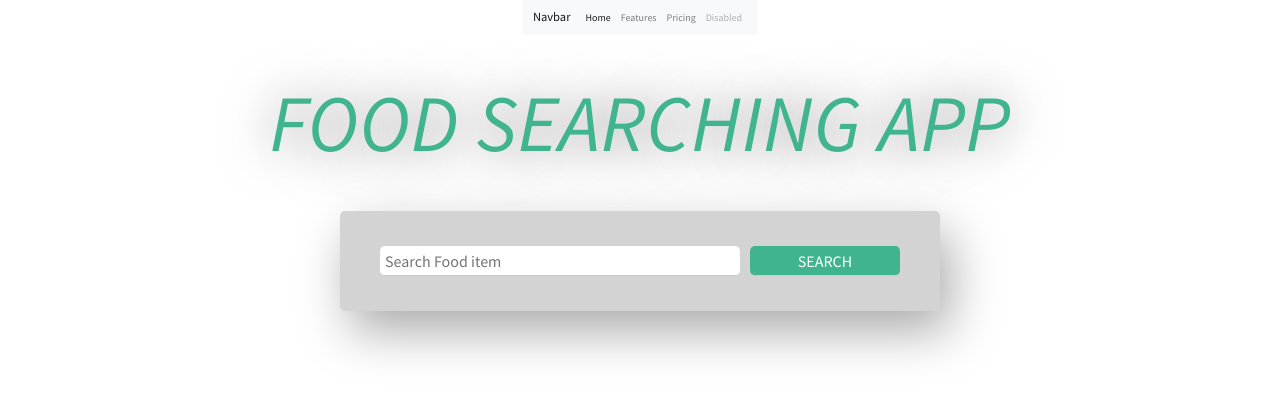
Repository: priyavmehta/React-Food-Recipe-App
Page: /search
The author's editor kept a copy of each file at every save. The page is drawn from the files as they stood at one save, then again after the next save.
The browser window is 1280 px wide. The pictures show the whole page.
The project was rebuilt for these pictures with package versions that can differ from the ones it lists, and the page was loaded fresh each time. Also part of the build but not shown: src/Components/RecipeDetails.js, src/Components/Recipe.js, src/Components/Alert.js.

Above is the page before, as saved 2020-07-11 21:52:52.

### public/index.html
<!DOCTYPE html>
<html lang="en">
  <head>
    <meta charset="utf-8" />
    <link rel="icon" href="%PUBLIC_URL%/favicon.ico" />
    <meta name="viewport" content="width=device-width, initial-scale=1" />
    <meta name="theme-color" content="#000000" />
    <meta
      name="description"
      content="Web site created using create-react-app"
    />
    <link rel="apple-touch-icon" href="%PUBLIC_URL%/logo192.png" />
    <link rel="manifest" href="%PUBLIC_URL%/manifest.json" />

    <link rel="stylesheet" href="https://stackpath.bootstrapcdn.com/bootstrap/4.4.1/css/bootstrap.min.css"
        integrity="sha384-Vkoo8x4CGsO3+Hhxv8T/Q5PaXtkKtu6ug5TOeNV6gBiFeWPGFN9MuhOf23Q9Ifjh" crossorigin="anonymous">
    <script src="https://code.jquery.com/jquery-3.4.1.slim.min.js"
        integrity="sha384-J6qa4849blE2+poT4WnyKhv5vZF5SrPo0iEjwBvKU7imGFAV0wwj1yYfoRSJoZ+n"
        crossorigin="anonymous"></script>
    <script src="https://cdn.jsdelivr.net/npm/popper.js@1.16.0/dist/umd/popper.min.js"
        integrity="sha384-Q6E9RHvbIyZFJoft+2mJbHaEWldlvI9IOYy5n3zV9zzTtmI3UksdQRVvoxMfooAo"
        crossorigin="anonymous"></script>
    <script src="https://stackpath.bootstrapcdn.com/bootstrap/4.4.1/js/bootstrap.min.js"
        integrity="sha384-wfSDF2E50Y2D1uUdj0O3uMBJnjuUD4Ih7YwaYd1iqfktj0Uod8GCExl3Og8ifwB6"
        crossorigin="anonymous"></script>

    <title>Food App</title>
  </head>
  <body>
    <noscript>You need to enable JavaScript to run this app.</noscript>
    <div id="root"></div>
    <!--
      This HTML file is a template.
      If you open it directly in the browser, you will see an empty page.

      You can add webfonts, meta tags, or analytics to this file.
      The build step will place the bundled scripts into the <body> tag.

      To begin the development, run `npm start` or `yarn start`.
      To create a production bundle, use `npm run build` or `yarn build`.
    -->
  </body>
</html>

### src/App.js
import React, { useState } from 'react';
import './App.css';
import RecipeState from './context/recipe/RecipeState';
import Search from './Components/Search';
import { BrowserRouter as Router, Switch, Route } from 'react-router-dom'
import Navbar from './Components/Navbar';

const App = () => {

  return (
    <RecipeState>
      <Router>
        <div className="App">
          <Navbar />
          <Search/>
        </div>
      </Router>
    </RecipeState>
  );
}

export default App;

### src/App.css
@import url("https://fonts.googleapis.com/css?family=Source+Sans+Pro:300,300i,400,400i,600,600i,700&display=swap");

* {
  font-family: "Source Sans Pro", sans-serif;
  margin: 0;
  padding: 0;
  text-decoration: none;
  list-style-type: none;
  outline: none;
}

html {
  font-size: 62.5%;
}

.App {
  display: flex;
  flex-direction: column;
  align-items: center;
}

h1 {
  font-size: 8rem;
  letter-spacing: 0.1rem;
  font-style: italic;
  color: #40b48e;
  text-shadow: 0 0.2rem 5rem rgb(119, 115, 115);
  text-transform: uppercase;
  margin: 4rem 0;
}

.search-form {
  width: 60rem;
  height: 10rem;
  display: flex;
  justify-content: center;
  align-items: center;
  background-color: #d3d3d3;
  border-radius: 0.5rem;
  margin-bottom: 5rem;
  box-shadow: 1rem 2rem 5rem #aaa;
  position: relative;
}

.alert {
  /*position: absolute;*/
  top: -3rem;
  left: 0;
  background-color: rgb(233, 72, 72);
  width: calc(100% - 0.4rem);
  border-radius: 0.5rem;
  padding: 0.2rem;
}

.alert h3 {
  font-size: 1.8rem;
  color: #fff;
  font-weight: 400;
  text-transform: uppercase;
  text-align: center;
}

.search-form input {
  font-size: 1.6rem;
  border: none;
  border-bottom: 0.1rem solid #ccc;
  margin: 0 0.5rem;
  border-radius: 0.5rem;
  height: 3rem;
}

.search-form input[type="text"] {
  padding: 0 0.5rem;
  width: 60%;
  color: #555;
}

.search-form input[type="submit"] {
  width: 25%;
  text-transform: uppercase;
  background-color: #40b48e;
  color: #fff;
}

.recipes {
  width: 90%;
  display: flex;
  align-items: center;
  flex-wrap: wrap;
  justify-content: center;
  align-items: flex-start;
}

.recipe {
  width: 30rem;
  margin: 3rem;
  display: flex;
  flex-direction: column;
  background-color: #d3d3d3;
  padding: 2rem;
  position: relative;
  border-radius: 0.5rem;
  box-shadow: 2rem 3rem 5rem #aaa;
}

.recipe h2 {
  background-color: rgba(161, 161, 161, 0.7);
  border-radius: 0.5rem;
  padding: 0.3rem 0.5rem;
  position: absolute;
  top: 2.5rem;
  left: 2.5rem;
  right: 2.5rem;
  font-size: 2.5rem;
  font-weight: 400;
  text-shadow: 0 0.5rem 0.5rem #555;
  color: #fff;
}

.recipe img {
  border-radius: 0.5rem;
  object-fit: cover;
}

.recipe a {
  font-size: 1.8rem;
  color: #40b48e;
}

/* .recipe button {
  font-size: 2rem;
  text-transform: uppercase;
  color: #fff;
  background-color: #40b48e;
  border: none;
  border-radius: 0.5rem;
  height: 3rem;
} */

.ingredient-list {
  margin-top: 1rem;
  background-color: #f0f0f0;
  border-radius: 0.5rem;
  padding: 0.5rem;
}

.ingredient-list li {
  margin: 0.5rem 0;
}

.ingredient-text {
  font-size: 1.5rem;
  color: #888;
}

.ingredient-weight {
  color: #40b48e;
  font-size: 1.3rem;
}

### src/context/recipe/RecipeState.js
import React, { useReducer, useState, useEffect } from 'react'
import recipeContext from './recipeContext'
import recipeReducer from './recipeReducer';
import axios from 'axios'
import {SEARCH_RECIPE, SET_ALERT, REMOVE_ALERT, SET_HOME_PAGE} from '../types'

const RecipeState = (props) => {

    const initialState = {

        recipes : [],
        alert : ""
    };

    const home_recipes = []

    const [state, dispatch] = useReducer(recipeReducer, initialState);

    const YOUR_APP_ID = 'a232e31f';
    const YOUR_APP_KEY = 'd3cfbfb089b421a6f5135d309faa2604';

    // useEffect(async () => {
    //     const dosa = await axios.get(`https://api.edamam.com/search?q=dosa&app_id=${YOUR_APP_ID}&app_key=${YOUR_APP_KEY}`)
    //     const dosa_results = dosa.data.hits;
    //     home_recipes.push(dosa_results[5])
    //     home_recipes.push(dosa_results[9])

    //     const data = await axios.get(`https://api.edamam.com/search?q=pav&app_id=${YOUR_APP_ID}&app_key=${YOUR_APP_KEY}`)
    //     const results = data.data.hits;
    //     home_recipes.push(results[0])
    //     home_recipes.push(results[1])

    //     dispatch({type : SET_HOME_PAGE, payload : home_recipes})
    //     console.log("All Done")
    //     console.log(state.recipes)
    // }, [])

    const getData = async (text) => {
        if (text !== ''){
            const url = `https://api.edamam.com/search?q=${text}&app_id=${YOUR_APP_ID}&app_key=${YOUR_APP_KEY}`
            const data = await axios.get(url);
            if (!data.data.more){
                return (
                    dispatch({type : SET_ALERT, payload : "Such a food item is not available.."}),
                    setTimeout (() => dispatch({ type : REMOVE_ALERT }), 5000)
                )
            }
            dispatch({type: SEARCH_RECIPE, payload: data.data.hits})
            console.log(state.recipes)
        } else {
            dispatch ({type : SET_ALERT, payload: "Please enter something"})
            setTimeout (() => dispatch({ type : REMOVE_ALERT }), 5000)
        }

    }

    const getIndian = async () => {

    }

    return <recipeContext.Provider value = {{
            getData,
            recipes: state.recipes,
            alert : state.alert
        }
    }
    >
        {props.children}
    </recipeContext.Provider>
}

export default RecipeState

### src/Components/Search.js
import React, {Fragment, useContext, useState} from 'react'
import recipeContext from '../context/recipe/recipeContext'
import Recipe from './Recipe'
import Alert from './Alert'

const Search = () => {

    const [query, setQuery] = useState("")

    const RecipeContext = useContext(recipeContext)
    const {getData, recipes, alert} = RecipeContext

    const changeQuery = (event) => setQuery(event.target.value)

    const onSubmitQuery = (event) => {
        event.preventDefault()
        getData(query)
        setQuery("")
    }

    return (
        <Fragment>
            <h1 >Food Searching App</h1>
            { alert !== "" && <Alert/>}
            <form className = "search-form" onSubmit = {onSubmitQuery}>
                <input type="text" placeholder = "Search Food item" autoComplete = "off" onChange = {changeQuery} value = {query} />
                <input type = "submit" value = "Search" />
            </form>
            <div className = "recipes">
                {
                    recipes !== [] && (
                        recipes.map(recipe => <Recipe recipe = {recipe}/>)
                    )
                }
            </div>
        </Fragment>
    )
}

export default Search

### src/Components/Navbar.js
import React from 'react'

const Navbar = () => {
    return (
        <nav class="navbar navbar-expand-lg navbar-light bg-light">
            <a class="navbar-brand" href="#">Navbar</a>
            <button class="navbar-toggler" type="button" data-toggle="collapse" data-target="#navbarNav" aria-controls="navbarNav" aria-expanded="false" aria-label="Toggle navigation">
                <span class="navbar-toggler-icon"></span>
            </button>
            <div class="collapse navbar-collapse" id="navbarNav">
                <ul class="navbar-nav">
                <li class="nav-item active">
                    <a class="nav-link" href="#">Home <span class="sr-only">(current)</span></a>
                </li>
                <li class="nav-item">
                    <a class="nav-link" href="#">Features</a>
                </li>
                <li class="nav-item">
                    <a class="nav-link" href="#">Pricing</a>
                </li>
                <li class="nav-item">
                    <a class="nav-link disabled" href="#" tabindex="-1" aria-disabled="true">Disabled</a>
                </li>
                </ul>
            </div>
        </nav>
    )
}

export default Navbar

### src/context/recipe/recipeContext.js
import { createContext } from 'react'

const recipeContext = createContext()

export default recipeContext

### src/context/recipe/recipeReducer.js
import {SEARCH_RECIPE, SET_ALERT, REMOVE_ALERT, SET_HOME_PAGE} from '../types'

export default (state, action) => {
    switch(action.type){
        case SET_HOME_PAGE:
            return{
                ...state,
                recipes : action.payload
            }
        case REMOVE_ALERT:
            return{
                ...state,
                alert: ""
            }
        case SET_ALERT:
            return{
                ...state,
                alert: action.payload
            }
        case SEARCH_RECIPE:
            return {
                ...state,
                recipes : action.payload,
                alert: ""
            }
        default:
            return state
    }
}

### src/context/types.js
export const SEARCH_RECIPE = "SEARCH_RECIPE";
export const CHANGE_QUERY = "CHANGE_QUERY";
export const SET_ALERT = "SET_ALERT";
export const REMOVE_ALERT = "REMOVE_ALERT";
export const SET_HOME_PAGE = "SET_HOME_PAGE";

Loaded but not shown: src/index.js (common file); src/index.css (common file); src/serviceWorker.js (common file)

After the next save:
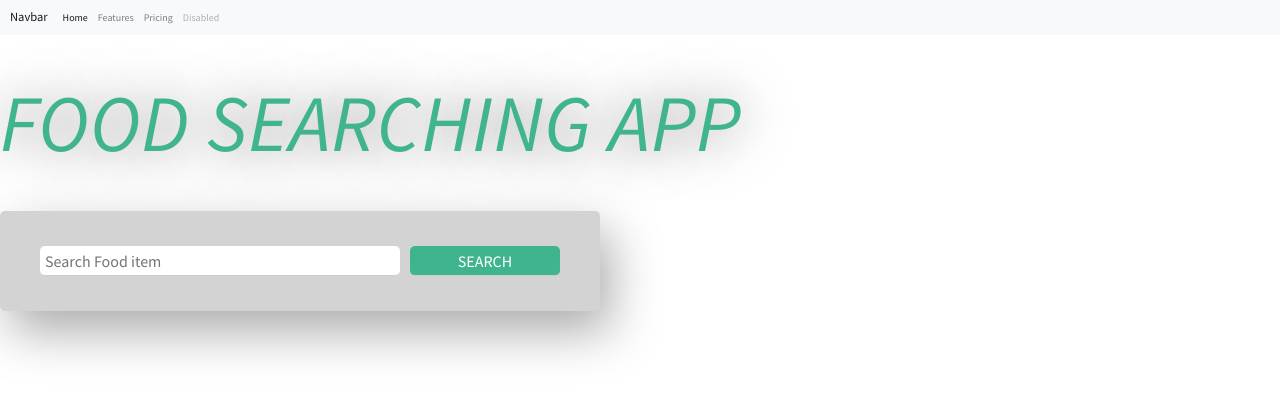
Saved 7 s later.
--- a/src/App.css
+++ b/src/App.css
@@ -13,11 +13,11 @@
   font-size: 62.5%;
 }
 
-.App {
+/* .App {
   display: flex;
   flex-direction: column;
   align-items: center;
-}
+} */
 
 h1 {
   font-size: 8rem;

After the save that followed:
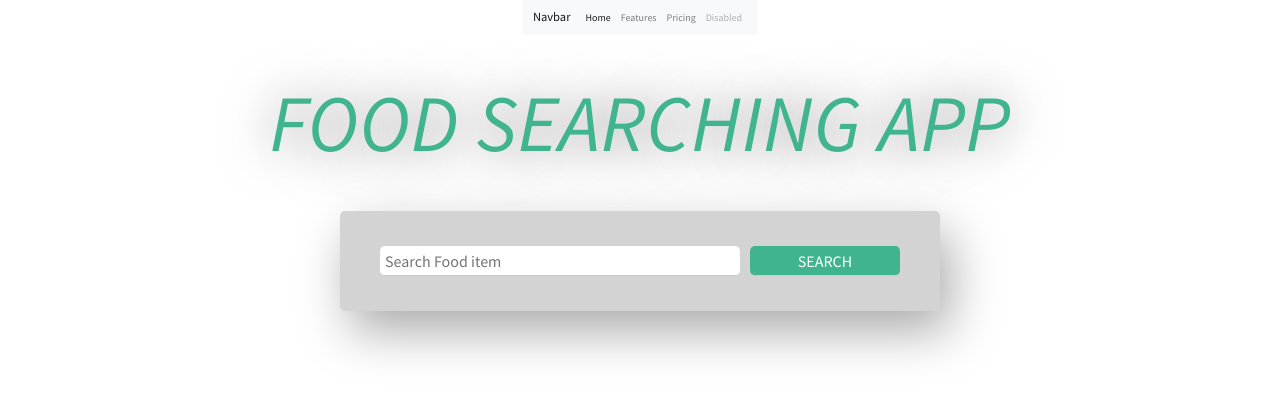
Saved 25 s later.
--- a/src/App.css
+++ b/src/App.css
@@ -13,11 +13,11 @@
   font-size: 62.5%;
 }
 
-/* .App {
+.App {
   display: flex;
   flex-direction: column;
   align-items: center;
-} */
+}
 
 h1 {
   font-size: 8rem;
